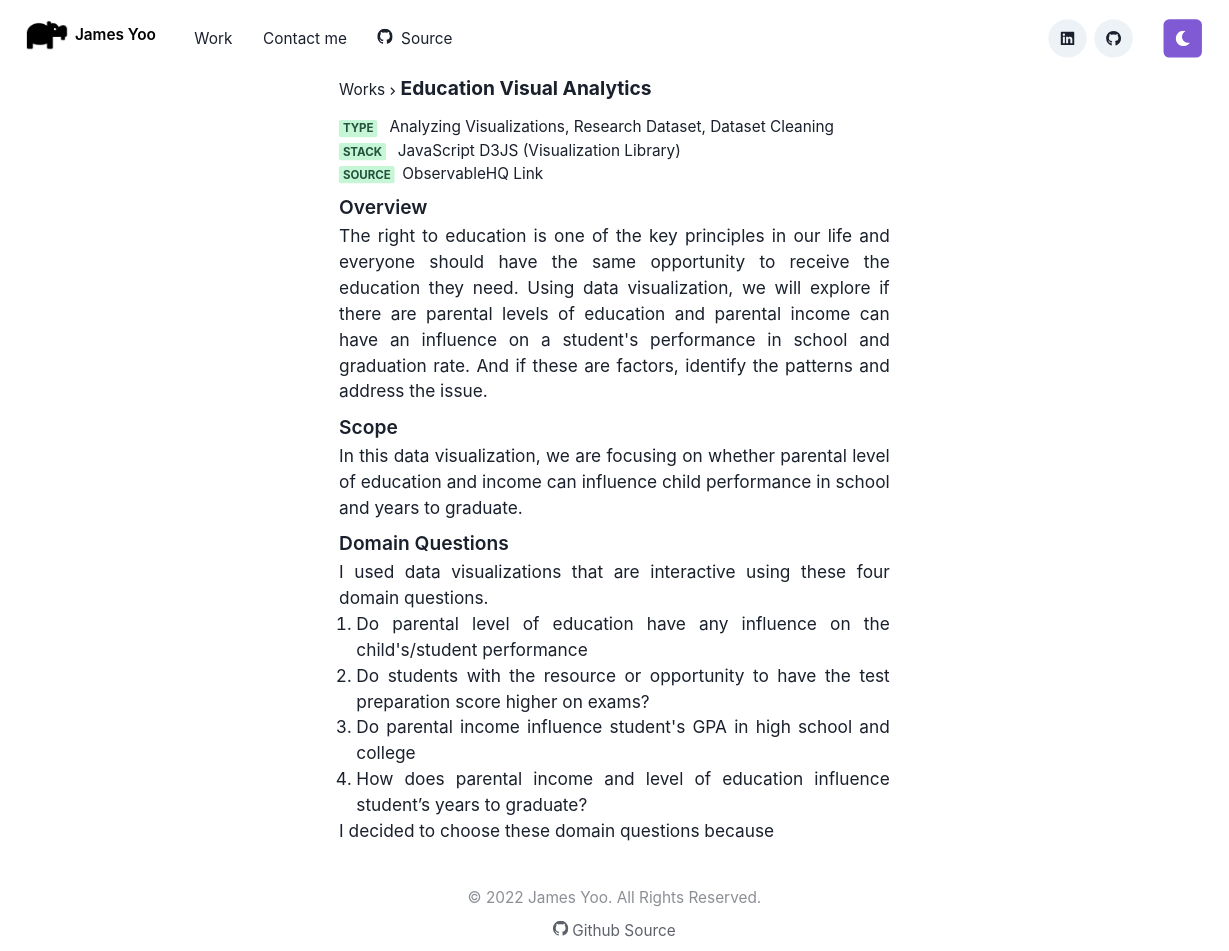
Repository: jammy729/portfolio-2022
Page: /work/educationvisualanalytics
The author's editor kept a copy of each file at every save. The page is drawn from the files as they stood at one save, then again after the next save.
The browser window is 1280 px wide. The pictures show the whole page, at 96% of full size.
The project was rebuilt for these pictures with package versions that can differ from the ones it lists, and the page was loaded fresh each time. Also part of the build but not shown: src/components/home.js, src/components/contact.js, src/components/layouts/layout.js, src/components/work/work.js, src/components/work/Development/WorldInstitutionDatabase/worldinstitutiondatabase.js, src/components/work/Development/GeoMemories/geomemories.js, src/components/work/Design/ExperienceDesign/experiencedesign.js, src/components/work/Development/PersonalPortfolio/personalportfolio.js. Imported but missing from the stored project, and not drawn on this page: src/components/work/Design/FinestCup/finestcup, src/components/work/Development/WorldInstitutionDatabase/universityDatabase.mp4.

Above is the page before, as saved 2022-06-28 15:14:58.

After the next save:
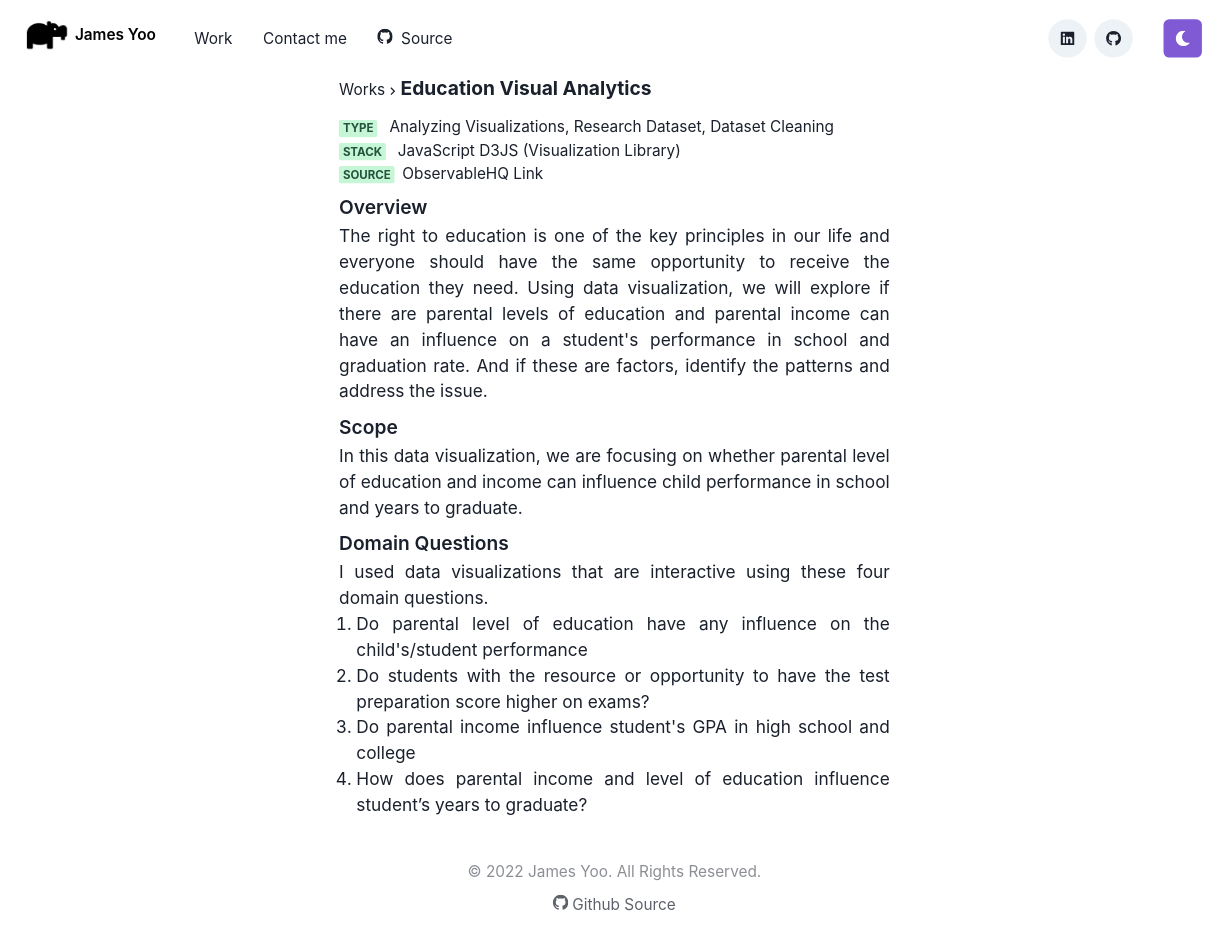
Saved 10 s later.
--- a/src/components/work/Development/EducationVisualAnalytics/educationvisualanalytics.js
+++ b/src/components/work/Development/EducationVisualAnalytics/educationvisualanalytics.js
@@ -70,7 +70,6 @@ const EducationVisualAnalytics = () => {
               student’s years to graduate?
             </ListItem>
           </OrderedList>
-          I decided to choose these domain questions because
         </DescriptionText>
       </Container>
     </Box>
